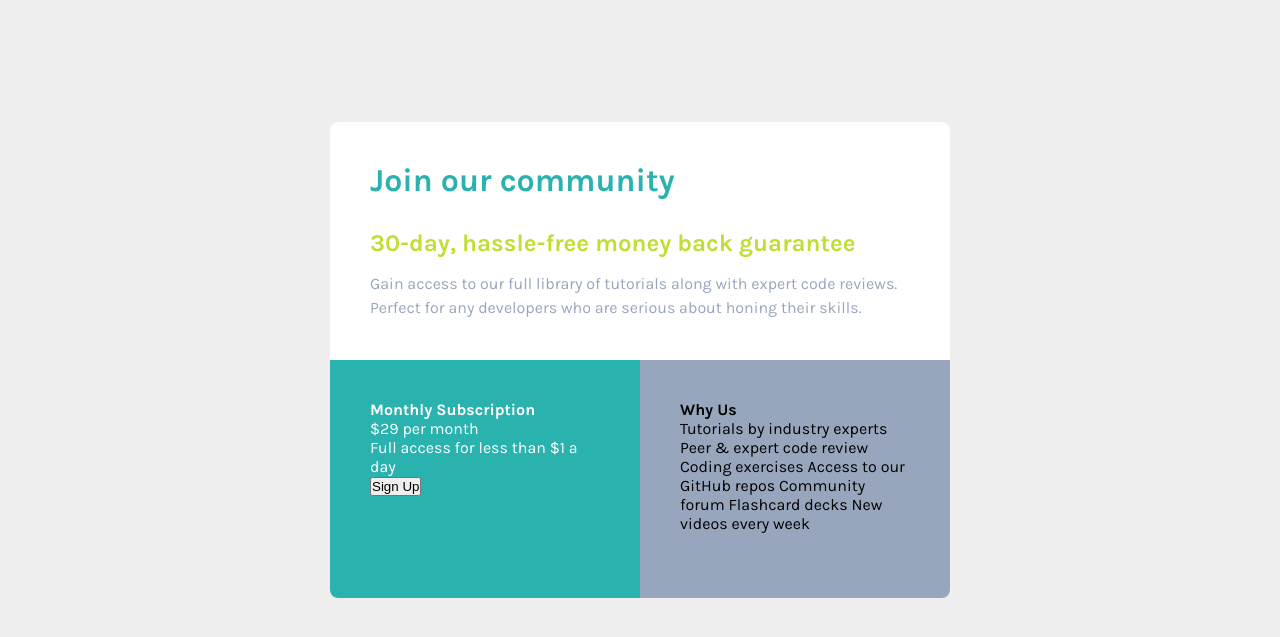
Repository: Akashiii1/WebSingleGrid_Day3
Page: index.html
An editor plug-in stored every save of this project. The page is shown before and after the next save, followed by the edit.
The browser window is 1280 px wide. The pictures show the whole page.

Above is the page before, as saved 2021-12-22 01:49:25.

### index.html
<!DOCTYPE html>
<html lang="en">
  <head>
    <meta charset="UTF-8" />
    <meta name="viewport" content="width=device-width, initial-scale=1.0" />
    <!-- displays site properly based on user's device -->

    <link
      rel="icon"
      type="image/png"
      sizes="32x32"
      href="./images/favicon-32x32.png"
    />

    <title>Frontend Mentor | Single Price Grid Component</title>

    <!-- Feel free to remove these styles or customise in your own stylesheet 👍 -->
    <link rel="stylesheet" href="style.css" />
    <style>
      .attribution {
        font-size: 11px;
        text-align: center;
      }
      .attribution a {
        color: hsl(228, 45%, 44%);
      }
    </style>
  </head>
  <body>
    <!-- Join our community

  30-day, hassle-free money back guarantee

  Gain access to our full library of tutorials along with expert code reviews.
  Perfect for any developers who are serious about honing their skills.

  Monthly Subscription

  &dollar;29 per month

  Full access for less than &dollar;1 a day

  Sign Up

  Why Us

  Tutorials by industry experts
  Peer &amp; expert code review
  Coding exercises
  Access to our GitHub repos
  Community forum
  Flashcard decks
  New videos every week -->
    <div class="wrapper">
      <div class="container">
        <div class="box item1">
          <h1>Join our community</h1>
          <h3>30-day, hassle-free money back guarantee</h3>
          <p>
            Gain access to our full library of tutorials along with expert code
            reviews. Perfect for any developers who are serious about honing
            their skills.
          </p>
        </div>
        <div class="box item2">
          <h4>Monthly Subscription</h4>
          <span>&dollar;29 per month</span>
          <p>Full access for less than &dollar;1 a day</p>
          <button class="btn">Sign Up</button>
        </div>
        <div class="box item3">
          <h4>Why Us</h4>
          <p>
            Tutorials by industry experts Peer &amp; expert code review Coding
            exercises Access to our GitHub repos Community forum Flashcard decks
            New videos every week
          </p>
        </div>
      </div>
    </div>
    <!-- <footer>
    <p class="attribution">
      Challenge by <a href="https://www.frontendmentor.io?ref=challenge" target="_blank">Frontend Mentor</a>.
      Coded by <a href="#">Your Name Here</a>.
    </p>
  </footer> -->
  </body>
</html>

### style.css

@import url('https://fonts.googleapis.com/css2?family=Karla:wght@400;700&display=swap');
:root{
  --Cyan: hsl(179, 62%, 43%);
 --BrightYellow: hsl(71, 73%, 54%);
 --LightGray: hsl(204, 43%, 93%);
 --GrayishBlue: hsl(218, 22%, 67%);
}
html {
box-sizing: border-box;
}
*{
margin: 0;
padding: 0;
}
*,*:before,*:after {
box-sizing: border-box;
}
input,
textarea,
select,
button{
outline: none;
}
input{
line-height: normal;
}
label,
button{
cursor: pointer;
}
a {
text-decoration: none;
}
img {
display: block;
max-width: 100%;
}
body{
  font-family: 'Karla', sans-serif;
  display: flex;
  justify-content: center;
  align-items: center;
  min-height: 100vh;
  background-color: #eee;
}
.wrapper{
  max-width: 620px;
  background-color: #fff;
  border-radius: 8px;
  overflow: hidden;
}
.container{
  display: grid;
  grid-template-columns:1fr 1fr;
  grid-template-rows: 1fr 1fr;
  grid-template-areas:"it1 it1"
                      "it2 it3";
}
.item1{
  grid-area: it1;
}
.item2{
  grid-area: it2;

}
.item3{
  grid-area: it3;
}
.box{
  padding: 40px;
}
.item1 h1{
  font-size: 32px;
  color:var(--Cyan) ;
  margin-bottom: 30px;
}
.item1 h3{
  color: var(--BrightYellow);
  font-size: 24px;
  margin-bottom: 15px;
}
.item1 p{
  color: var(--GrayishBlue);
  font-weight: 400;
  line-height: 1.5;

}
.item2 {
  background-color: var(--Cyan);
  color: #fff;
}
.item3{
  background-color: var(--GrayishBlue);
}

After the next save:
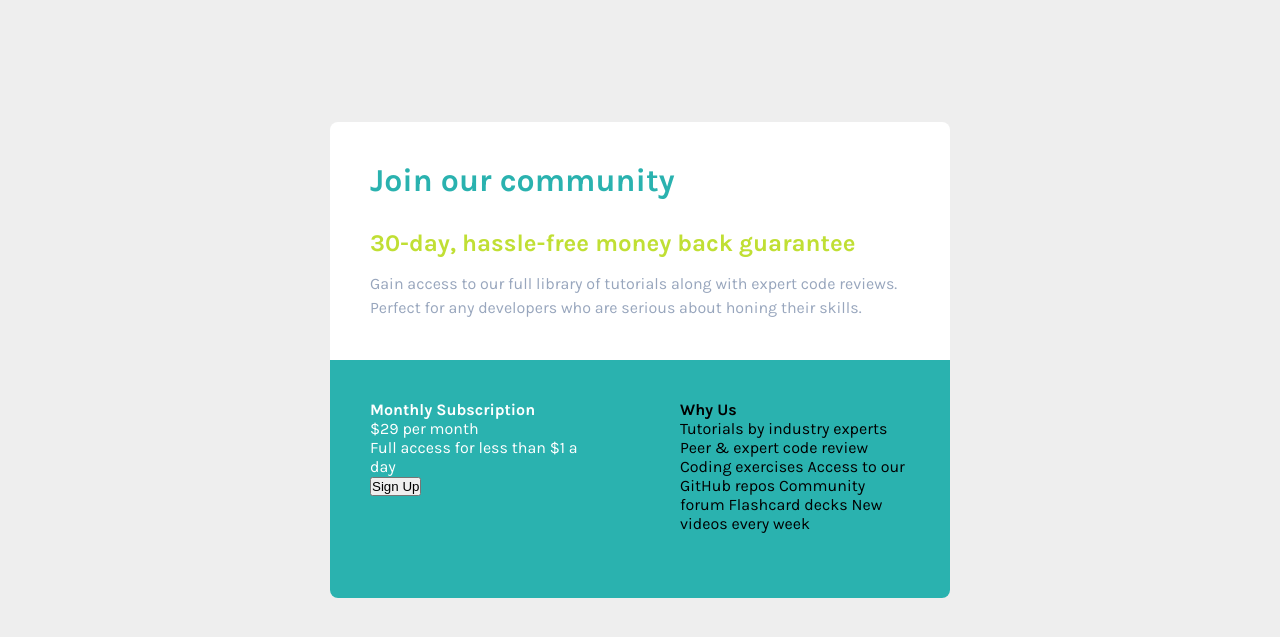
Saved 51 s later.
--- a/style.css
+++ b/style.css
@@ -91,5 +91,5 @@ body{
   color: #fff;
 }
 .item3{
-  background-color: var(--GrayishBlue);
+  background-color: var(--Cyan);
 }
